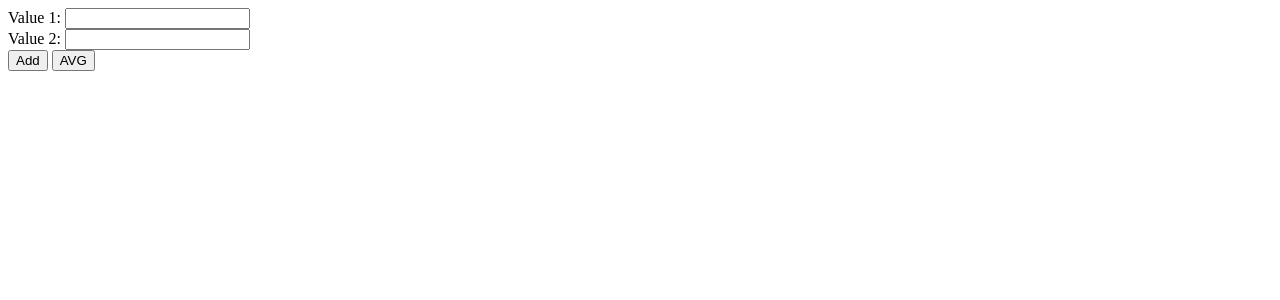
Repository: VASADUNESH/ADV_JAVA-JDBC-SERVLET-JSP
Page: ServletProject4/src/main/webapp/user.html
An editor plug-in stored every save of this project. The page is shown before and after the next save, followed by the edit.
The browser window is 1280 px wide. The pictures show the whole page.

Above is the page before, as saved 2025-02-06 05:54:43.

After the next save:
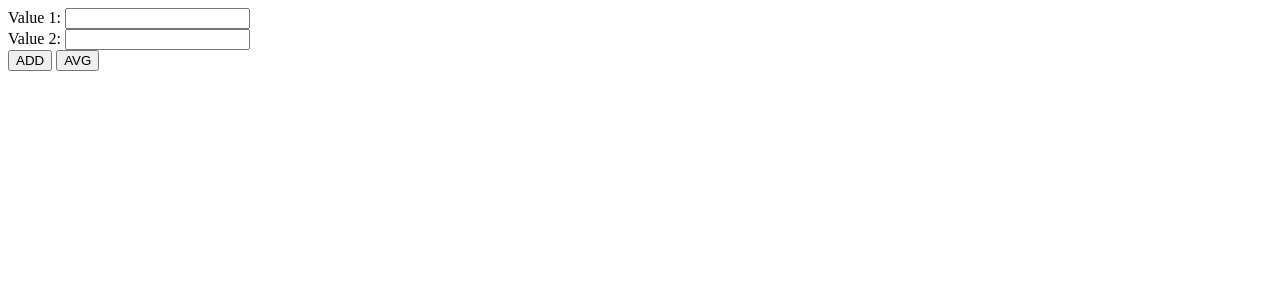
Saved 3 s later.
--- a/ServletProject4/src/main/webapp/user.html
+++ b/ServletProject4/src/main/webapp/user.html
@@ -9,8 +9,8 @@
 
 	Value 1: <input type="number" name="v1" /> <br/>
 	Value 2: <input type="number" name="v2" /> <br/>
-	<button>Add</button>
-	<button>AVG</button>
+	<button name="add">ADD</button>
+	<button name="avg">AVG</button>
 
 	</form>
 </body>
